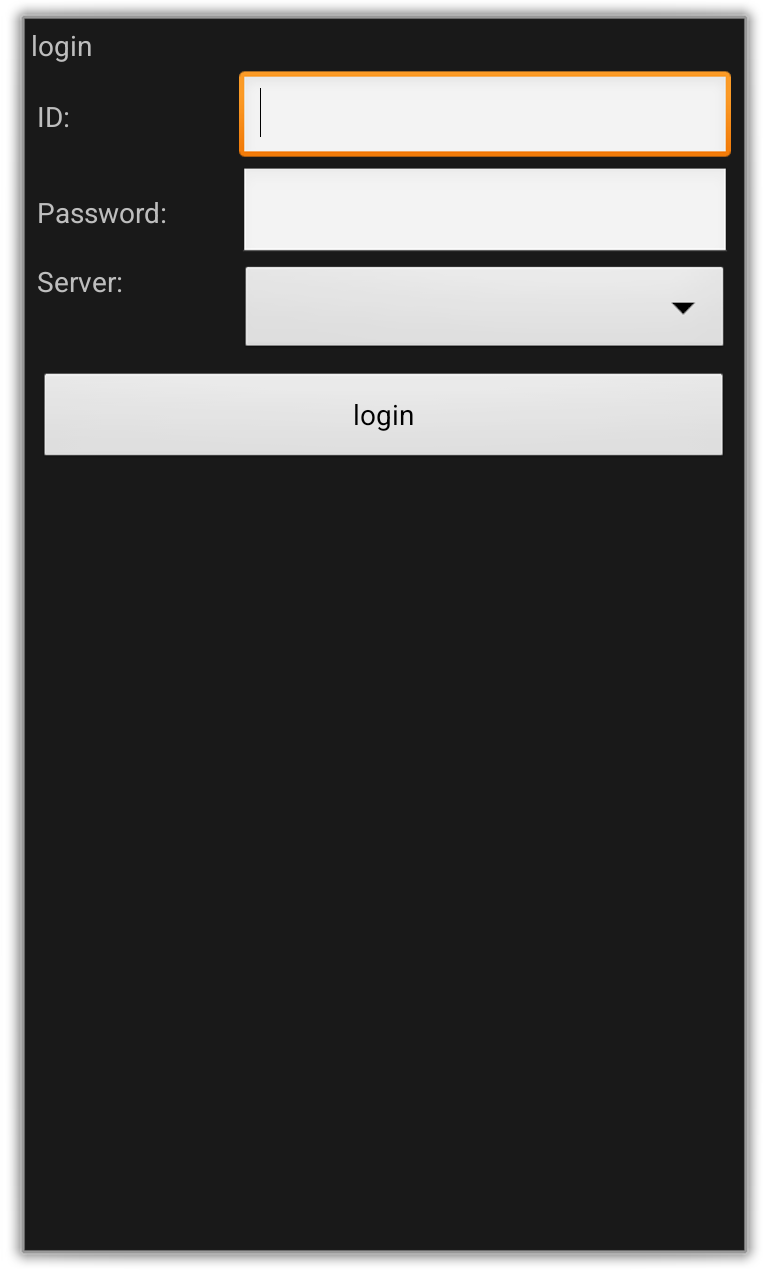
Repository: ShiroYacha/AtosDrivieTalkie
Layout: Codes/DrivieTalkiePrototype/res/layout/login.xml
An editor plug-in stored every save of this project. The layout is shown before and after the next save, followed by the edit.
It is drawn on a 768 x 1280 px phone screen (xhdpi) without system bars, with theme android:Theme.Dialog; the app's code is not run.

Above is the layout before, as saved 2013-04-14 14:01:28.

After the next save:
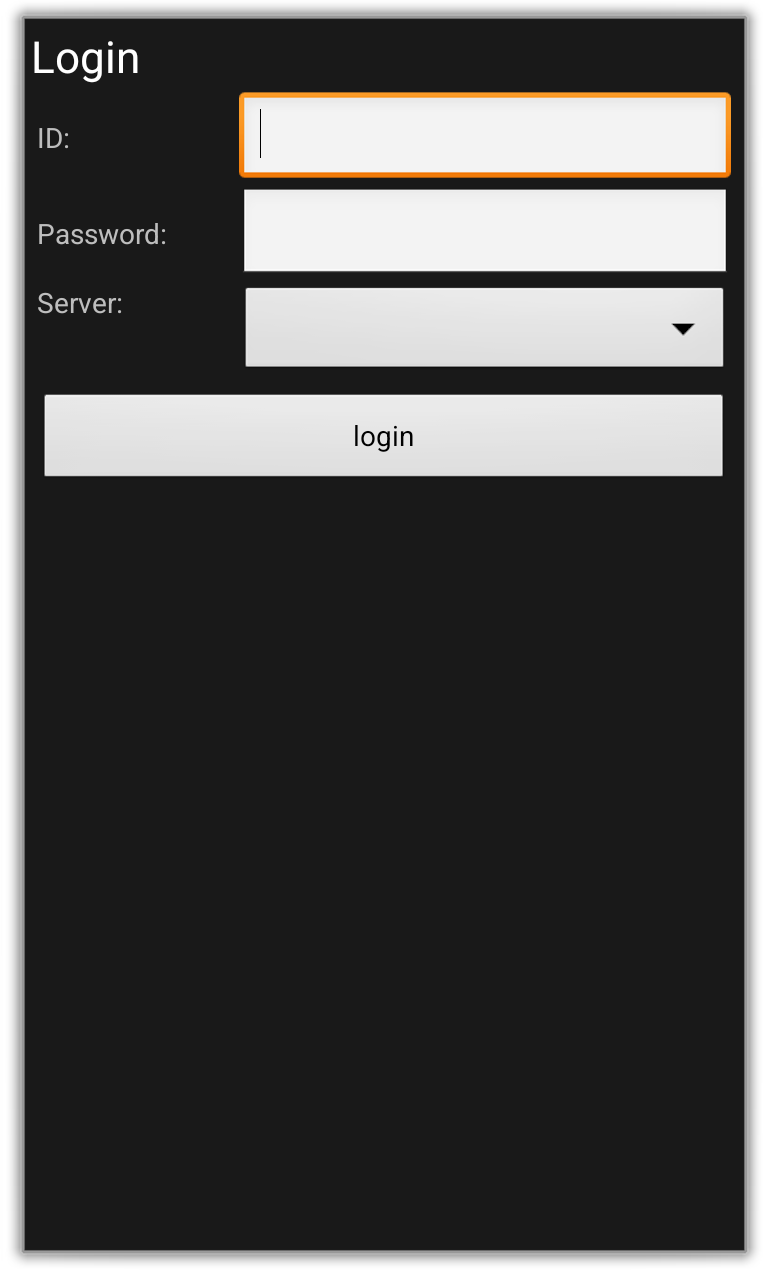
Saved 105 s later.
--- a/Codes/DrivieTalkiePrototype/res/layout/login.xml
+++ b/Codes/DrivieTalkiePrototype/res/layout/login.xml
@@ -7,9 +7,10 @@
 
     <TextView
         android:id="@+id/textView4"
-        android:layout_width="wrap_content"
+        android:layout_width="190dp"
         android:layout_height="wrap_content"
-        android:text="login" />
+        android:text="Login"
+        android:textAppearance="?android:attr/textAppearanceLarge" />
 
     <TableLayout
         android:id="@+id/table4"
